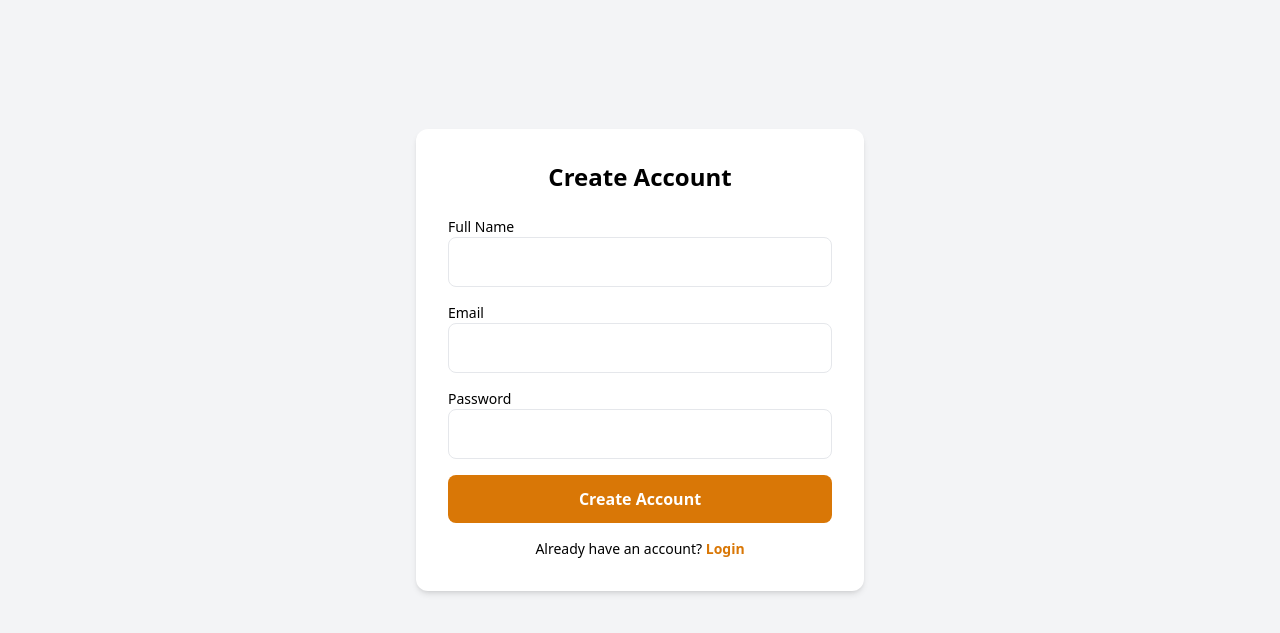
Repository: Omkar0746/VendorLink_Hackathon
Page: VendorLink_Project-main/frontend/signup.html
These files come from the project's save history. The page is drawn as it stood at one moment and after the next save; the edit follows.
The browser window is 1280 px wide. The pictures show the whole page.
Some web libraries are served in a nearby version.

Above is the page before, as saved 2025-11-27 15:58:56.

### VendorLink_Project-main/frontend/signup.html
<!DOCTYPE html>
<html lang="en">
<head>
    <meta charset="UTF-8" />
    <meta name="viewport" content="width=device-width, initial-scale=1.0" />
    <title>VendorLink - Sign Up</title>

    <script src="https://cdn.tailwindcss.com"></script>
</head>

<body class="bg-gray-100 flex justify-center items-center h-screen">

    <div class="bg-white p-8 rounded-xl shadow-md w-full max-w-md">
        <h2 class="text-2xl font-bold text-center mb-6">Create Account</h2>

        <form id="signupForm" class="space-y-4">

            <div>
                <label class="block text-sm font-medium">Full Name</label>
                <input id="name" type="text" class="w-full p-3 border rounded-lg" required />
            </div>

            <div>
                <label class="block text-sm font-medium">Email</label>
                <input id="email" type="email" class="w-full p-3 border rounded-lg" required />
            </div>

            <div>
                <label class="block text-sm font-medium">Password</label>
                <input id="password" type="password" class="w-full p-3 border rounded-lg" required />
            </div>

            <button
                type="submit"
                class="w-full bg-amber-600 text-white p-3 rounded-lg font-semibold">
                Create Account
            </button>

        </form>

        <p class="text-center mt-4 text-sm">
            Already have an account?
            <a href="login.html" class="text-amber-600 font-semibold">Login</a>
        </p>
    </div>

    <script src="js/signup.js"></script>
</body>
</html>

### VendorLink_Project-main/frontend/js/signup.js
document.getElementById("signupForm").addEventListener("submit", async (e) => {
    e.preventDefault();

    const name = document.getElementById("name").value;
    const email = document.getElementById("email").value;
    const password = document.getElementById("password").value;

    const res = await fetch("http://localhost:5000/api/auth/signup", {
        method: "POST",
        headers: { "Content-Type": "application/json" },
        body: JSON.stringify({ name, email, password })
    });

    const data = await res.json();
    alert(data.message);

    if (data.success) {
        window.location.href = "login.html";
    }
});

### VendorLink_Project-main/frontend/assets/js/signup.js
import { signupUser } from "./auth.js";

document.getElementById("signupForm").addEventListener("submit", async (e) => {
    e.preventDefault();

    const name = nameInput.value;
    const email = emailInput.value;
    const password = passwordInput.value;

    const res = await signupUser(name, email, password);

    if (res.message) {
        alert("Account created successfully!");
        window.location.href = "login.html";
    } else {
        alert(res.error || "Signup failed");
    }
});

### VendorLink_Project-main/frontend/assets/js/auth.js
import { api } from "./api.js";

export async function signupUser(name, email, password) {
    return await api("/auth/signup", "POST", { name, email, password });
}

export async function loginUser(email, password) {
    return await api("/auth/login", "POST", { email, password });
}

### VendorLink_Project-main/frontend/assets/js/api.js
export const API_BASE = "http://localhost:5000/api";

export const api = async (endpoint, method="GET", body=null, tokenRequired=false) => {
    const headers = { "Content-Type": "application/json" };

    if (tokenRequired) {
        const token = localStorage.getItem("token");
        if (token) headers["Authorization"] = `Bearer ${token}`;
    }

    const res = await fetch(`${API_BASE}${endpoint}`, {
        method,
        headers,
        body: body ? JSON.stringify(body) : null,
    });

    return await res.json();
};

After the next save:
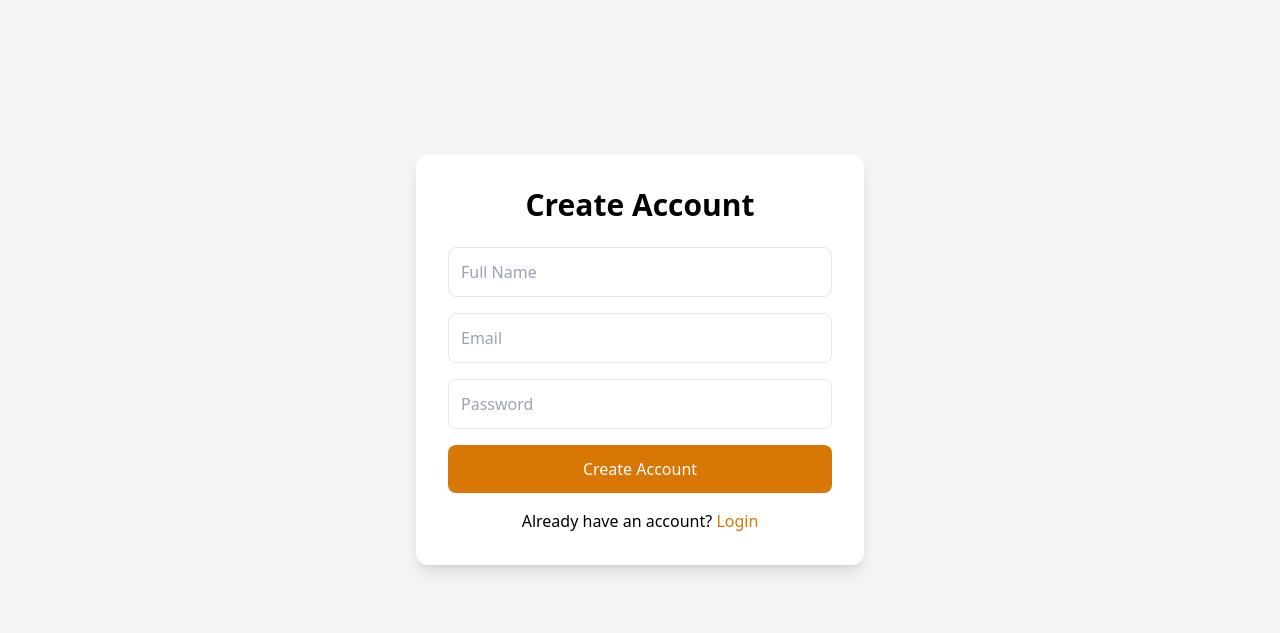
Saved 8 s later.
--- a/VendorLink_Project-main/frontend/signup.html
+++ b/VendorLink_Project-main/frontend/signup.html
@@ -1,49 +1,40 @@
 <!DOCTYPE html>
-<html lang="en">
+<html>
 <head>
-    <meta charset="UTF-8" />
-    <meta name="viewport" content="width=device-width, initial-scale=1.0" />
-    <title>VendorLink - Sign Up</title>
-
+    <meta charset="UTF-8">
+    <title>VendorLink • Sign Up</title>
     <script src="https://cdn.tailwindcss.com"></script>
 </head>
 
-<body class="bg-gray-100 flex justify-center items-center h-screen">
+<body class="bg-gray-100 flex items-center justify-center h-screen">
 
-    <div class="bg-white p-8 rounded-xl shadow-md w-full max-w-md">
-        <h2 class="text-2xl font-bold text-center mb-6">Create Account</h2>
+<div class="bg-white p-8 rounded-xl shadow-lg w-full max-w-md">
 
-        <form id="signupForm" class="space-y-4">
+    <h2 class="text-3xl font-bold text-center mb-6">Create Account</h2>
 
-            <div>
-                <label class="block text-sm font-medium">Full Name</label>
-                <input id="name" type="text" class="w-full p-3 border rounded-lg" required />
-            </div>
+    <form id="signupForm" class="space-y-4">
 
-            <div>
-                <label class="block text-sm font-medium">Email</label>
-                <input id="email" type="email" class="w-full p-3 border rounded-lg" required />
-            </div>
+        <input id="nameInput" type="text" placeholder="Full Name"
+               class="w-full p-3 border rounded-lg" required>
 
-            <div>
-                <label class="block text-sm font-medium">Password</label>
-                <input id="password" type="password" class="w-full p-3 border rounded-lg" required />
-            </div>
+        <input id="emailInput" type="email" placeholder="Email"
+               class="w-full p-3 border rounded-lg" required>
 
-            <button
-                type="submit"
-                class="w-full bg-amber-600 text-white p-3 rounded-lg font-semibold">
-                Create Account
-            </button>
+        <input id="passwordInput" type="password" placeholder="Password"
+               class="w-full p-3 border rounded-lg" required>
 
-        </form>
+        <button type="submit"
+                class="bg-amber-600 w-full py-3 text-white rounded-lg hover:bg-amber-700">
+            Create Account
+        </button>
+    </form>
 
-        <p class="text-center mt-4 text-sm">
-            Already have an account?
-            <a href="login.html" class="text-amber-600 font-semibold">Login</a>
-        </p>
-    </div>
+    <p class="text-center mt-4">
+        Already have an account?
+        <a href="login.html" class="text-amber-600">Login</a>
+    </p>
+</div>
 
-    <script src="js/signup.js"></script>
+<script type="module" src="assets/js/signup.js"></script>
 </body>
 </html>
